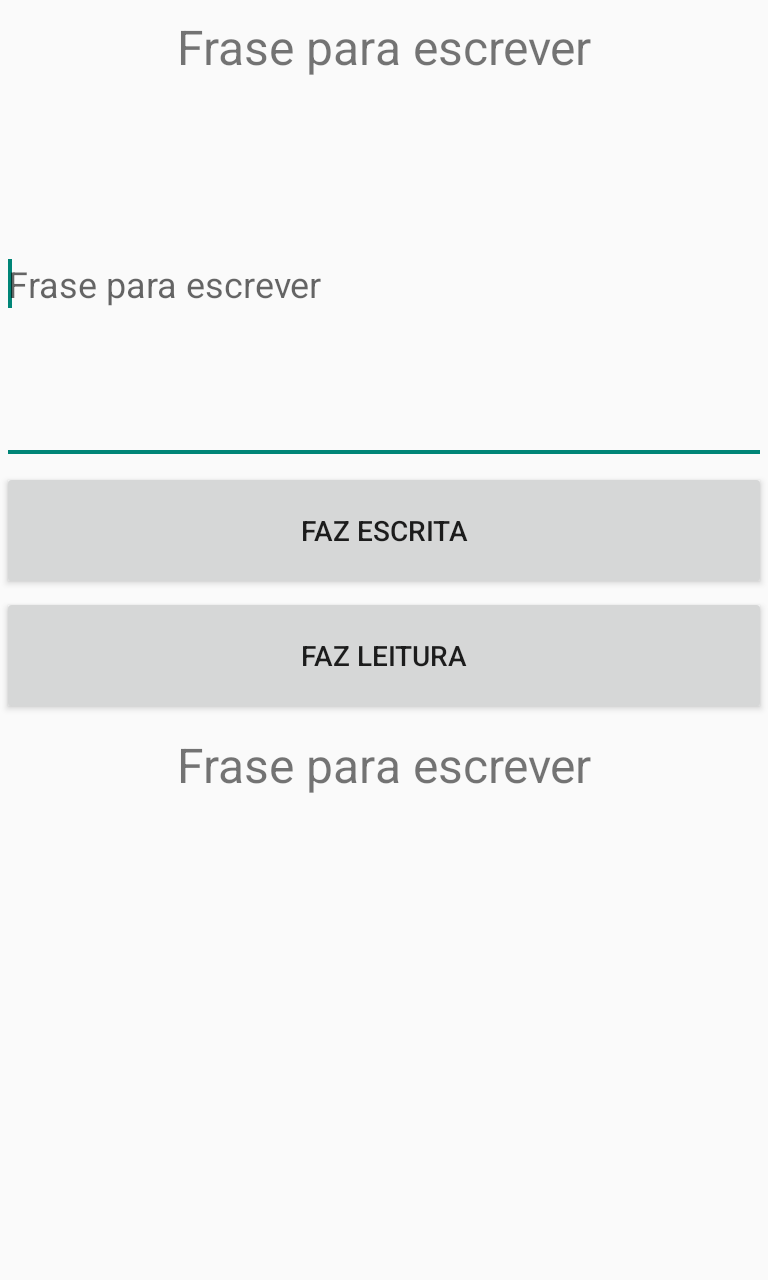
Repository: gokugohan/ddm
Layout: FileSystem1/res/layout/activity_main.xml
The author's editor kept a copy of each file at every save. The layout is drawn from the files as they stood at one save, then again after a run of saves.
It is drawn on a 768 x 1280 px phone screen (xhdpi) without system bars, with theme AppTheme; the app's code is not run.

Above is the layout before, as saved 2014-11-26 11:06:03.

After the next 2 saves:
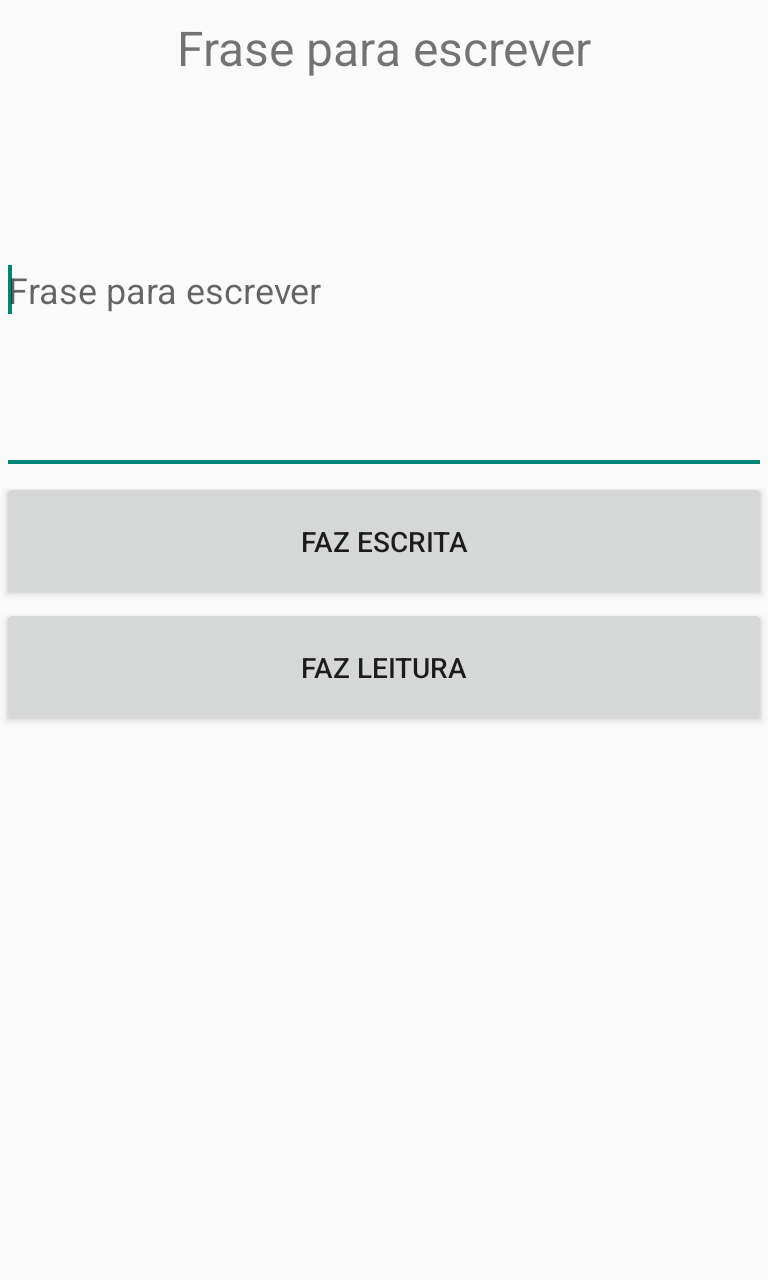
The 2 saves are shown as one change because they came seconds apart.
The last was saved 7 s later.
--- a/FileSystem1/res/layout/activity_main.xml
+++ b/FileSystem1/res/layout/activity_main.xml
@@ -46,7 +46,5 @@
         android:layout_width="match_parent"
         android:layout_height="wrap_content"
         android:layout_weight="0.1"
-        android:textSize="24sp"
-        android:gravity="center"
-        android:text="@string/str_frase" />
+        android:gravity="center"/>
 </LinearLayout>
